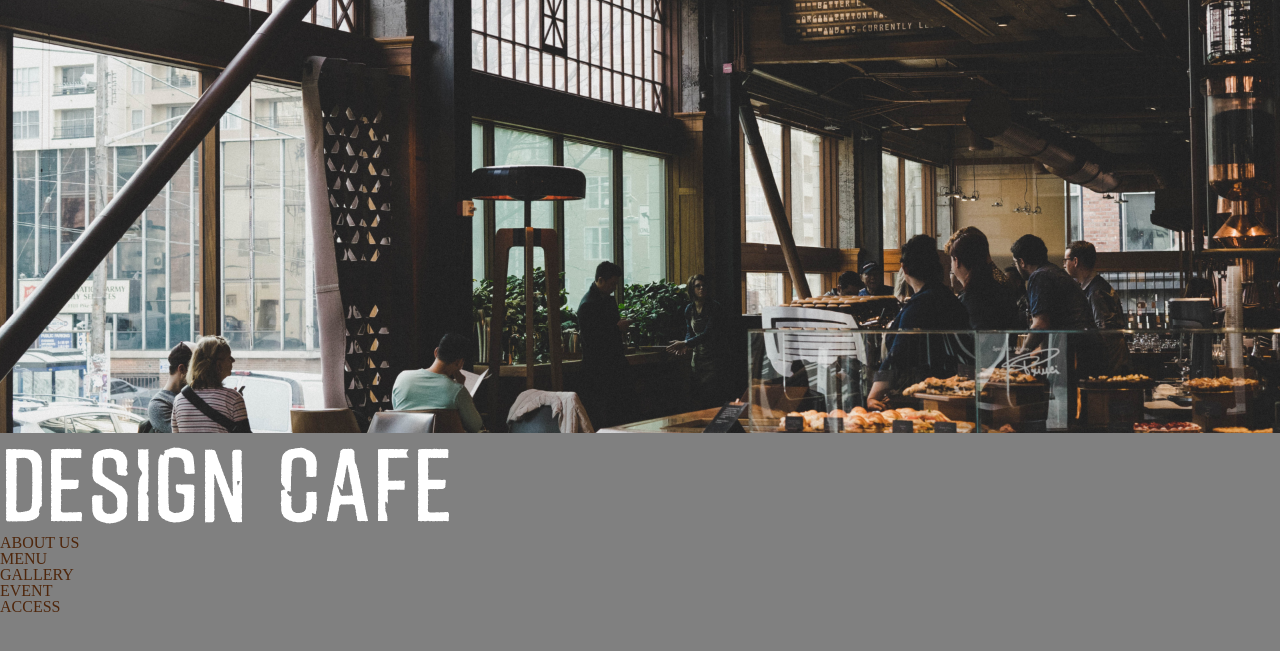
Repository: sonoyama01/dezasuta
Page: 第4回課題/index.html
The author's editor kept a copy of each file at every save. The page is drawn from the files as they stood at one save, then again after the next save.
The browser window is 1280 px wide. The pictures show the whole page.

Above is the page before, as saved 2024-05-01 23:22:21.

### 第4回課題/index.html
<!DOCTYPE html>
<html lang="ja">

<head>
    <meta charset="UTF-8">
    <meta name="viewport" content="width=device-width, initial-scale=1.0">
    <title>Desing Cafe</title>
    <link rel="stylesheet" href="./css/style.css">
</head>

<body>
    <header>
        <div class="header_slide">
            <div>
                <img src="./images/pc_first-100.jpg" alt="店内の様子">
            </div>
        </div>
        <div class="header_wap">
            <h1 class="header_logo">
                <img src="./images/design_cafe_logo_header@2x.png" alt="desind cafe">
            </h1>
            <nav class="pc_nav">
                <ul>
                    <li><a href="#">ABOUT US</a></li>
                    <li><a href="#">MENU</a></li>
                    <li><a href="#">GALLERY</a></li>
                    <li><a href="#">EVENT</a></li>
                    <li><a href="#">ACCESS</a></li>
                </ul>
            </nav>
        </div>
    </header>

</body>

</html>

### 第4回課題/css/style.css
@charset "utf-8";

/* cssリセット */

/*利用するタグによってこちらの内容は増やす*/

html,
body,
h1,
h2,
h3,
p,
dl,
dt,
dd,
ul,
li {
  margin: 0;
  padding: 0;
  line-height: 1;
  /*デフォルトの文字色、font-familyを予め当てておく*/
  color: #4f260b;
  font-family: "游明朝", YuMincho, "Hiragino Mincho ProN W3",
    "ヒラギノ明朝 ProN W3", "Hiragino Mincho ProN", "HG明朝E", "ＭＳ Ｐ明朝",
    "ＭＳ 明朝", serif;
}

a {
  /*下線を消す*/
  text-decoration: none;
  /*色を消す*/
  color: inherit;
}

ul {
  /*左の「・」を消す*/
  list-style: none;
}

img {
  max-width: 100%;
  vertical-align: bottom;
  border: none;
}

body {
  background-color: gray;
}

.pa_nav ul {
  display: flex;
}

After the next save:
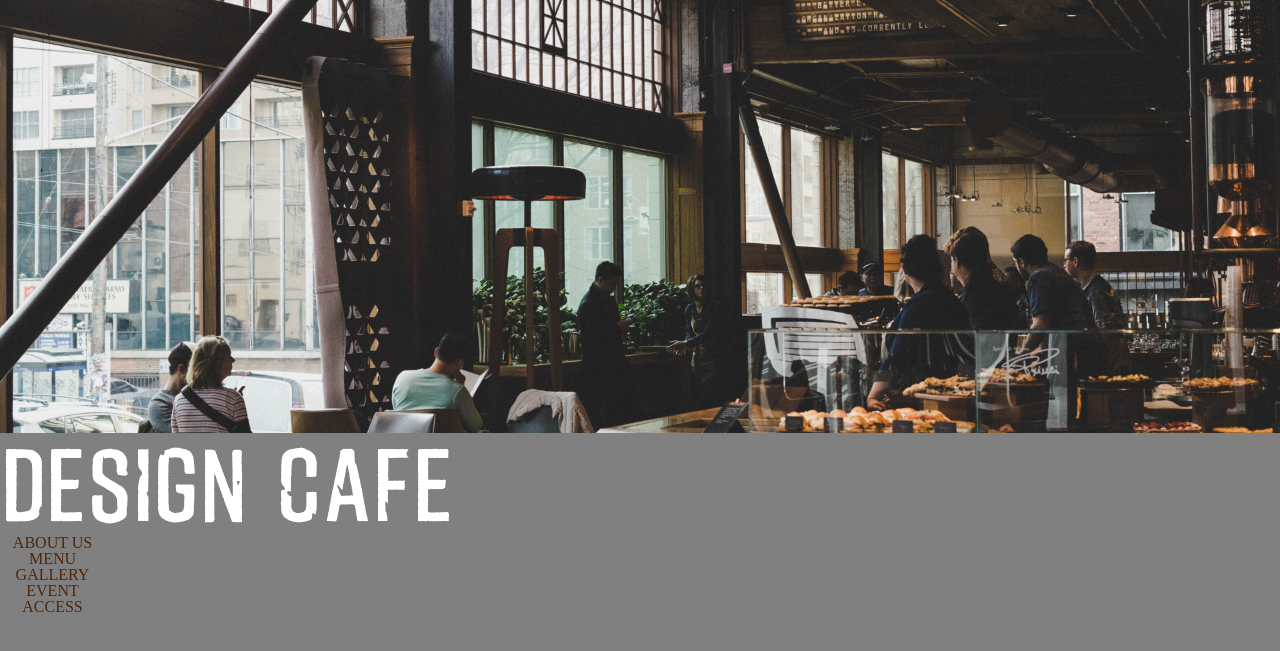
Saved 75 s later.
--- a/第4回課題/css/style.css
+++ b/第4回課題/css/style.css
@@ -50,3 +50,8 @@ body {
 .pa_nav ul {
   display: flex;
 }
+
+.pc_nav ul li {
+  width: 105px;
+  text-align: center;
+}
